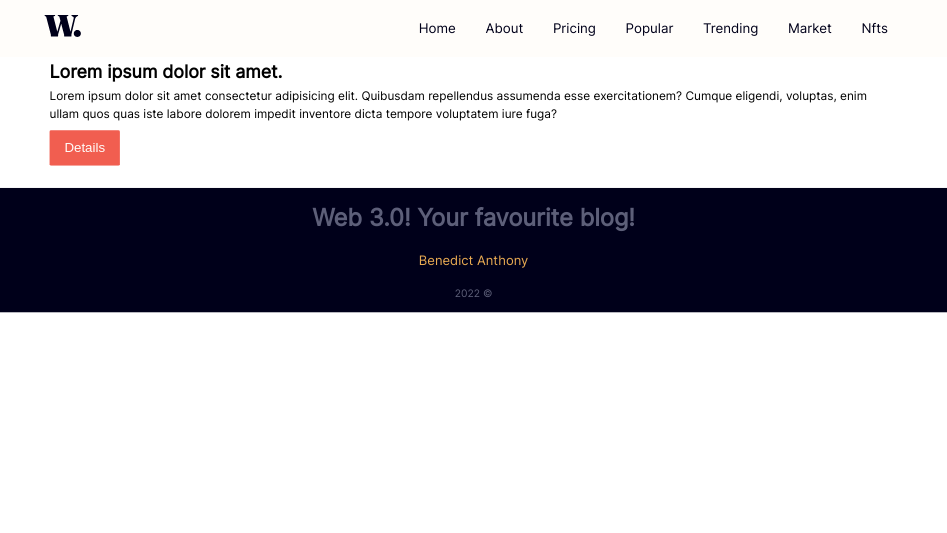
Repository: Benedict-Anthony/web3.0-blog-chain
Page: /market
The author's editor kept a copy of each file at every save. The page is drawn from the files as they stood at one save, then again after the next save.
The browser window is 1280 px wide. The pictures show the whole page, at 74% of full size.
The project was rebuilt for these pictures with package versions that can differ from the ones it lists, and the page was loaded fresh each time. The framework's server and built-in components were replaced by stand-ins that run in the browser. Also part of the build but not shown: next.config.js, styles/styles.css.

Above is the page before, as saved 2022-12-22 05:18:00.

### pages/_app.tsx
import '../styles/globals.scss'
import type { AppProps } from 'next/app'
import NavBar from '../components/NavBar'
import "@/styles/styles.css"
import { Footer } from 'components/Footer'
export default function App({ Component, pageProps }: AppProps) {
  return (
    <>
      <NavBar />
      <Component {...pageProps} />
      <Footer/>
    </>
  )
}

### pages/market.tsx
import Button from 'components/Button'
import React from 'react'
import Layout from 'components/Layout';
import Market from 'components/Market';

const market = () => {
  return (
      <Layout title='Web 3.0 | market News' description='market system top news' keyword='crytopcurrency, coin, web 3, news'>
          <section>
              <Market/>
          </section>
      </Layout>
  )
}

export default market

### styles/globals.scss
:root{
  --SoftOrange: hsl(35, 77%, 62%);
  --SoftRed: hsl(5, 85%, 63%);

  --Red: hsl(0, 78%, 62%);
  --Cyan: hsl(180, 62%, 55%);
  --Orange: hsl(34, 97%, 64%);
  --Blue: hsl(212, 86%, 64%);

  --OffWhite: hsl(36, 100%, 99%);
  --GrayishBlue: hsl(233, 8%, 79%);
  --DarkGrayishBlue: hsl(236, 13%, 42%);
  --VeryDarkBlue: hsl(240, 100%, 5%);
}

@font-face{
  font-family: "Inter";
  src: url("/landing/assets/fonts/static/inter-Bold.ttf");
  src: url("/landing/assets/fonts/static/inter-ExtraBold.ttf");
  src: url("/landing/assets/fonts/static/inter-Regular.ttf");
}

*::after, *::before, *{
  padding: 0;
  margin: 0;
  box-sizing: border-box;
  transition: all .3s ease;
  line-height: 1.54em;
}


ul,li{
  list-style: none;
}

html{
  scroll-behavior: smooth;
}

body{
  font-family: "Inter";
}

.swiper {
    overflow: visible;
}

### components/NavBar.tsx
import React, { useEffect } from 'react'
import {useState} from "react"
import Image from 'next/image'
import Link from 'next/link';
import NavBarStyles from "@/styles/navBar.module.scss";
import { useRouter } from 'next/router';

const NavBar = () => {
  const [mobileActive, setMobileActive] = useState(false)
  const route = useRouter()

  useEffect(() => {
    setMobileActive(false)
  }, [route.pathname])
  return (

        <header className={NavBarStyles.header}>
          <nav className={NavBarStyles.nav}>
               <div className="logo">
                <Image src="/landing/assets/images/logo.svg" alt="" width={50} height={30} />
              </div>

              <ul style={{
                right: mobileActive ? "0" : "calc(100vw + 50px)"
              }}>
                  <li><Link href={"/"}>Home</Link></li>
                  <li><Link href={"/about"}>About</Link></li>
                  <li><Link href={"/pricing"}>Pricing</Link></li>
                  <li><Link href={"/popular"}>Popular</Link></li>
                  <li><Link href={"/trending"}>Trending</Link></li>
                  <li><Link href={"/market"}>Market</Link></li>
                  <li><Link href={"/nft"}>Nfts</Link></li>

              </ul>

                  <div className={NavBarStyles.toggler} onClick={() => setMobileActive(!mobileActive)}>
                      <Image src={`/landing/assets/images/${mobileActive ? "icon-menu-close.svg" : "icon-menu.svg"}`} alt="" width={25} height={20} />
            </div>

         </nav>
    </header>

  )
}

export default NavBar

### components/Footer.tsx
import React from 'react'
import Footerstyles from "@/styles/Footer.module.scss"
export const Footer = () => {
    const year = new Date().getFullYear()
  return (
    <footer className={Footerstyles.footer}>
        <h3>Web 3.0! Your favourite blog!</h3>
          <p>Benedict Anthony</p>
          <div>{ year} &copy;</div>
    </footer>
  )
}

### components/Layout.tsx
import React, { FC } from 'react'
import UtilsStyles from "@/styles/Utils.module.scss";
import {ReactNode} from "react"
import  Head  from 'next/head';

type layoutProps = {
  children: ReactNode,
  title: string
  description: string
  keyword: string
}
const Layout = ({children, title, description, keyword}:layoutProps) => {
  return (
    <>

      <Head>
        <title>{title}</title>
        <meta name='description' content={description} />
        <meta name='keywords' content={keyword} />
    </Head>
    <main className={UtilsStyles.container}>
      <section className={UtilsStyles.spaceY}>
        {children}
      </section>
      </main>
    </>
  )
}

export default Layout

### components/Market.tsx
import React from 'react'
import Button from './Button'

const Market = () => {
  return (
    <article>
          <h2>Lorem ipsum dolor sit amet.</h2>
          <p>Lorem ipsum dolor sit amet consectetur adipisicing elit. Quibusdam repellendus assumenda esse exercitationem? Cumque eligendi, voluptas, enim ullam quos quas iste labore dolorem impedit inventore dicta tempore voluptatem iure fuga?</p>
          <Button title='Details'/>
    </article>
  )
}

export default Market

### styles/navBar.module.scss
.header{
    position: fixed;
    top: 0;
    right: 0;
    left: 0;
    // max-width: 1160px;
    margin: 0 auto;
    padding: 20px;
     background-color: var(--OffWhite);
     z-index:10;
    //  box-shadow:  2px 1px 3px var(--DarkGrayishBlue);
}

.nav{
    display: flex;
    justify-content: space-between;
    align-items: center;
     max-width: 1160px;
    margin: 0 auto;

    .logo{
        width: 50px;
    }

    ul{
        display: flex;
        align-items: center;
        justify-content: space-between;

        li{
            margin: 0 20px;

            a{
                text-decoration: none;
                font-size: 18px;
                color: var(--VeryDarkBlue);
                font-family: "Inter";
                font-weight: 400;
                &:hover{
                    color: var(--SoftRed);
                    cursor: pointer;
                }
            }
        }
    }

    @media(max-width:767px) {
        ul{
            position: absolute;
            top: 0;
            width: 80%;
            background-color: var(--OffWhite);
            box-shadow: 2px 2px 3px var(--DarkGrayishBlue);
            height: 100vh;
            flex-flow: column;
            justify-content: center;
            align-items: flex-start;
            padding-left: 10px;

            li{
                margin: 20px 0;

                a{
                    font-size: 22px;
                }
            }

        }


    }
}



.toggler{
        display: none;


        @media(max-width:767px) {
            display: block;
            z-index: 10;
        }
    }

### styles/Footer.module.scss
.footer{
    display: flex;
    align-items: center;
    justify-content: center;
    flex-direction: column;
    gap: 20px;
    padding: 15px 5px;
    color: var(--DarkGrayishBlue);
    background-color: var(--VeryDarkBlue);
    margin-top: 30px;
    text-align: center;

    h3{
        // color:var(--Blue);
        font-size: 2rem;
    }
    p{
        color: var(--SoftOrange);
        font-size: 1.1rem;
    }

    div{
        // color: var(--SoftOrange);
        font-size: 14px;
    }
}

### styles/Utils.module.scss
.container{
    max-width: 1160px;
    margin: 0 auto;
    overflow:hidden;
    padding: 0 7px;
}

.spaceY{
    padding-top: 2.5rem;
    margin-top: 2.5rem;
}

### components/Button.tsx
import React from 'react'
import ButtonbStyles from "@/styles/Button.module.scss"
type ButtonProps = {
    title:string
}
const Button = ({title}: ButtonProps) => {
  return (
    <button className={ButtonbStyles.button}>
      {title}
    </button>
  )
}

export default Button

### styles/Button.module.scss
.button{
    display: inline-block;
    color: var(--OffWhite);
    padding: 10px 20px;
    border: 0;
    background-color: var(--SoftRed);
    margin-top: 10px;
    font-size: 18px;
    border-radius: 2px;
    text-transform: capitalize;

    &:hover{
        cursor: pointer;
        background-color: var(--VeryDarkBlue);
    }
}

After the next save:
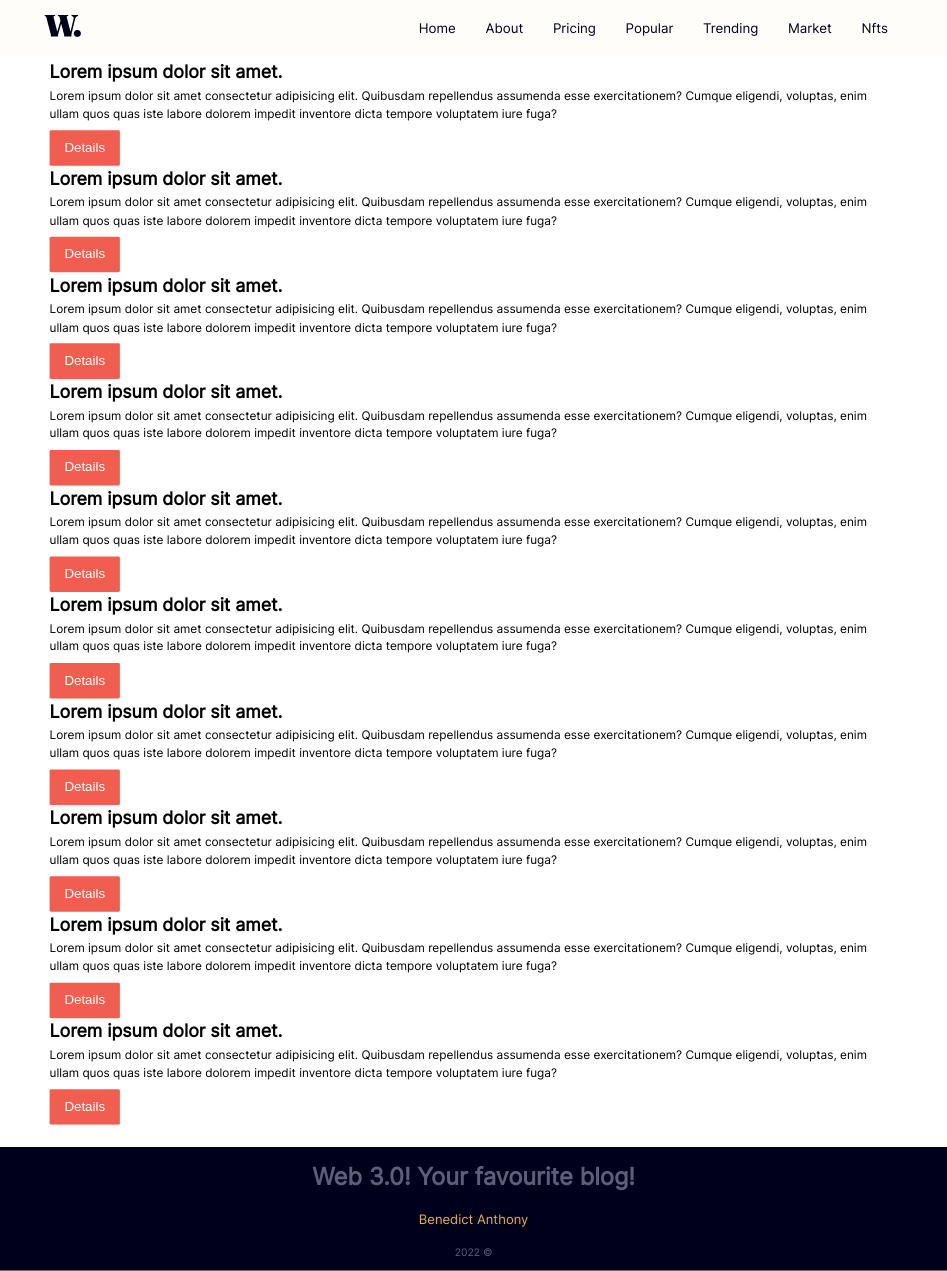
Saved 56 s later.
--- a/pages/market.tsx
+++ b/pages/market.tsx
@@ -1,4 +1,3 @@
-import Button from 'components/Button'
 import React from 'react'
 import Layout from 'components/Layout';
 import Market from 'components/Market';
@@ -7,7 +6,10 @@ const market = () => {
   return (
       <Layout title='Web 3.0 | market News' description='market system top news' keyword='crytopcurrency, coin, web 3, news'>
           <section>
-              <Market/>
+              {[1,2,3,4,5,6,7,8,9,0].map((market) => (
+                  <Market key={market}/>
+
+              ))}
           </section>
       </Layout>
   )
